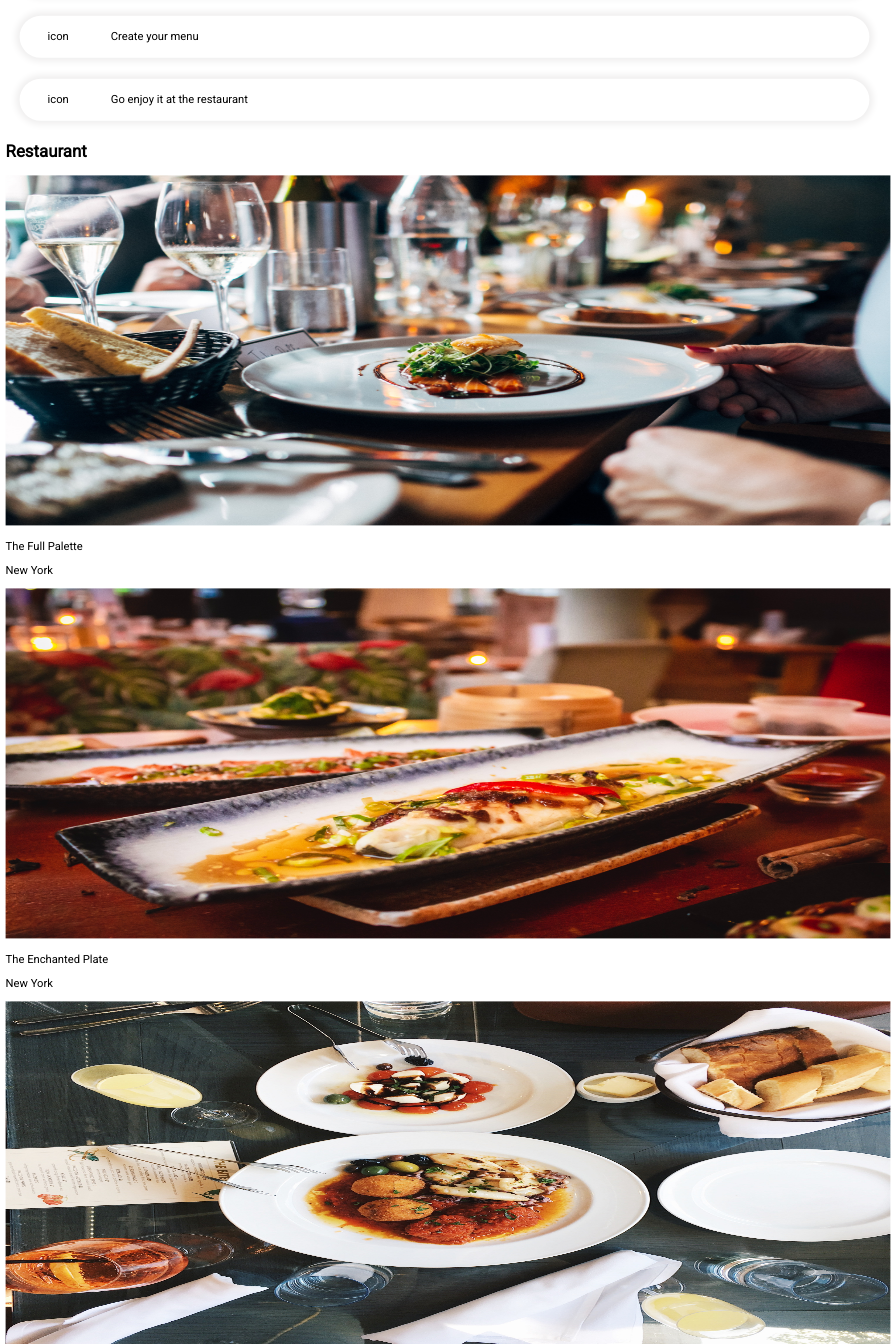
Repository: ailahin/ohmyfood
Page: Index.html
These files come from the project's save history. The page is drawn as it stood at one moment and after the next save; the edit follows.
The browser window is 1280 px wide. The pictures show the part of the page from y = 462 to 2382 px (the page is 3396 px tall before and 2596 px after), at 70% of full size.
Some web fonts or font styles are not loaded; a fallback is used.

Above is the page before, as saved 2023-08-12 20:32:19.

After the next save:
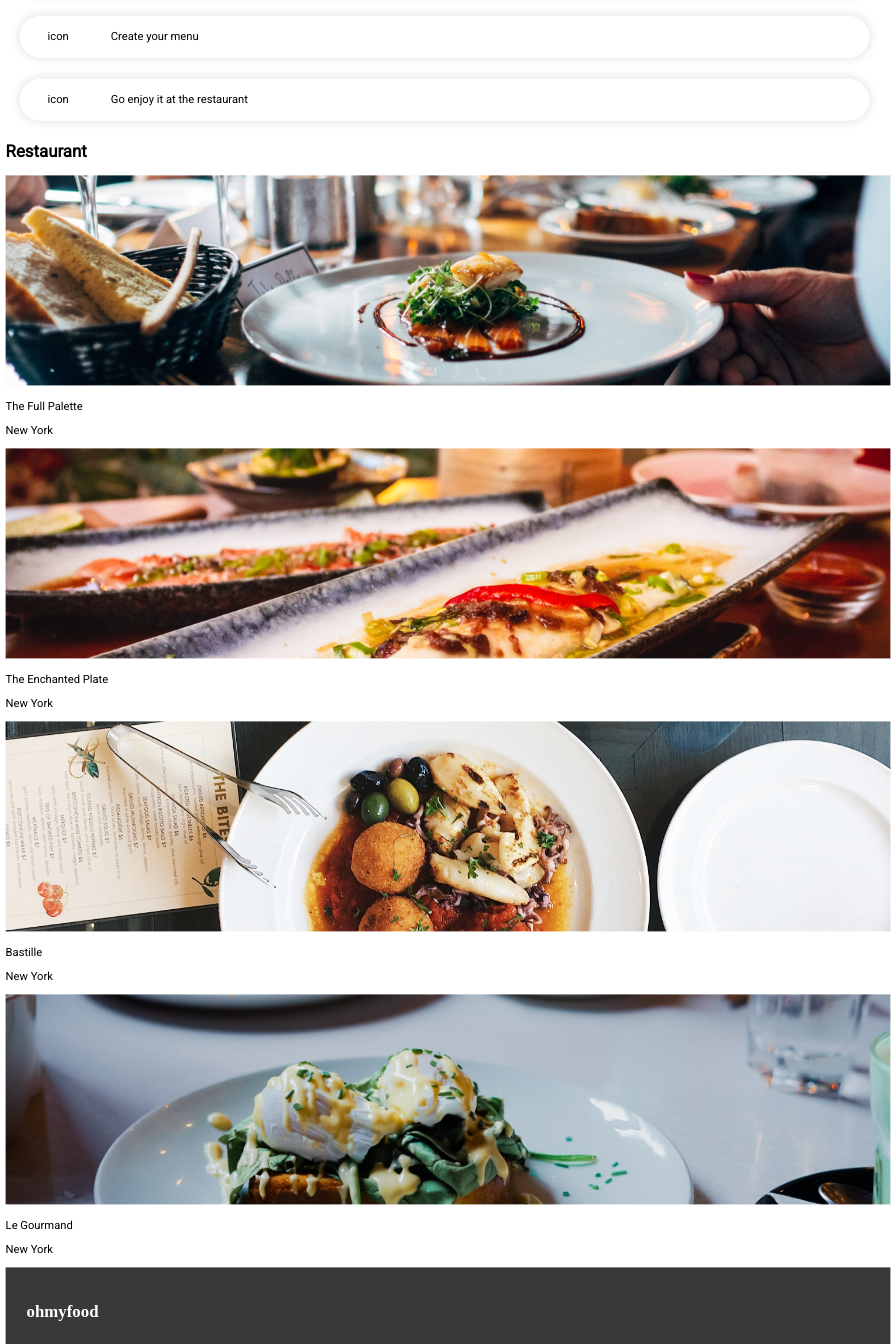
Saved 12 s later.
--- a/index.css
+++ b/index.css
@@ -95,8 +95,10 @@ nav{
 }
 
 .image-container img{
+    height:300px;
     width: 100%;
-    height: 500px;
+    object-fit: cover;
+    overflow: hidden;
 
 }
 
